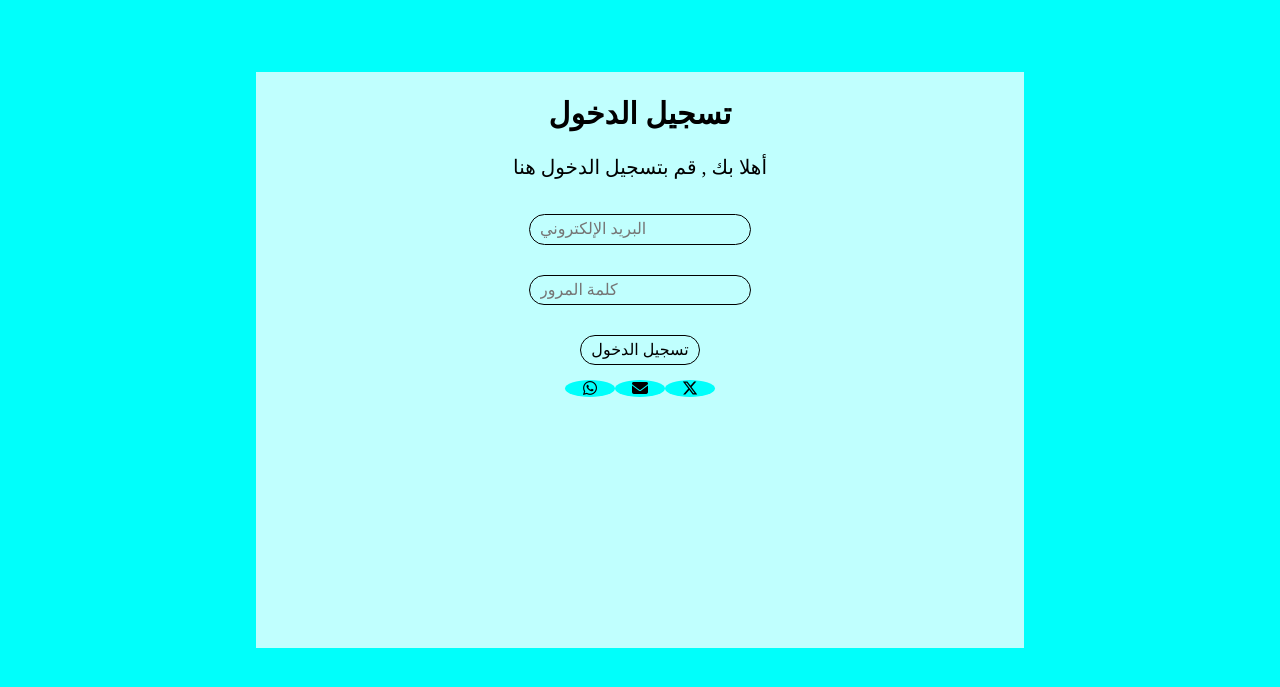
Repository: FaisalFahed/login-page
Page: html/صفحة تسجيل دخول.html
An editor plug-in stored every save of this project. The page is shown before and after the next save, followed by the edit.
The browser window is 1280 px wide. The pictures show the whole page.
Some web fonts or font styles are not loaded; a fallback is used.

Above is the page before, as saved 2025-04-01 08:41:59.

### html/صفحة تسجيل دخول.html
<!DOCTYPE html>
<html lang="en">
<head>
    <meta charset="UTF-8">
    <meta name="viewport" content="width=device-width, initial-scale=1.0">
    <link rel="stylesheet" href="css/normlaize.css">
    <link rel="stylesheet" href="../css/صفحة تسجيل دخول.css">
    <!-- Font Awesome -->
    <link rel="stylesheet" href="../css/all.min.css">
    <!-- Google Fonts -->
    <link rel="preconnect" href="https://fonts.googleapis.com">
    <link rel="preconnect" href="https://fonts.gstatic.com" crossorigin>
    <link href="https://fonts.googleapis.com/css2?family=Markazi+Text:wght@400..700&display=swap" rel="stylesheet">
    <title>Faisal | صفحة تسجيل دخول</title>
</head>
    <body>
        <div class="container">
            <div class="text">
                <h2>تسجيل الدخول</h2>
                <p>أهلا بك , قم بتسجيل الدخول هنا</p>
            </div>
            <div class="log-in">
                <input type="email" placeholder="البريد الإلكتروني">
                <input type="password" placeholder="كلمة المرور">
                <input type="submit" value="تسجيل الدخول">
            </div>
            <div class="icons">
                <ul>
                    <li><a href="#"><i class="fa-brands fa-whatsapp"></i></a></li>
                    <li><a href="#"><i class="fa-solid fa-envelope"></i></a></li>
                    <li><a href="#"><i class="fa-brands fa-x-twitter"></i></a></li>
                </ul>
            </div>
        </div>
    </body>
</html>

### css/normlaize.css
/*! normalize.css v8.0.1 | MIT License | github.com/necolas/normalize.css */

/* Document
   ========================================================================== */

/**
 * 1. Correct the line height in all browsers.
 * 2. Prevent adjustments of font size after orientation changes in iOS.
 */

 html {
  line-height: 1.15; /* 1 */
  -webkit-text-size-adjust: 100%; /* 2 */
}

/* Sections
   ========================================================================== */

/**
 * Remove the margin in all browsers.
 */

body {
  margin: 0;
}

/**
 * Render the `main` element consistently in IE.
 */

main {
  display: block;
}

/**
 * Correct the font size and margin on `h1` elements within `section` and
 * `article` contexts in Chrome, Firefox, and Safari.
 */

h1 {
  font-size: 2em;
  margin: 0.67em 0;
}

/* Grouping content
   ========================================================================== */

/**
 * 1. Add the correct box sizing in Firefox.
 * 2. Show the overflow in Edge and IE.
 */

hr {
  box-sizing: content-box; /* 1 */
  height: 0; /* 1 */
  overflow: visible; /* 2 */
}

/**
 * 1. Correct the inheritance and scaling of font size in all browsers.
 * 2. Correct the odd `em` font sizing in all browsers.
 */

pre {
  font-family: monospace, monospace; /* 1 */
  font-size: 1em; /* 2 */
}

/* Text-level semantics
   ========================================================================== */

/**
 * Remove the gray background on active links in IE 10.
 */

a {
  background-color: transparent;
}

/**
 * 1. Remove the bottom border in Chrome 57-
 * 2. Add the correct text decoration in Chrome, Edge, IE, Opera, and Safari.
 */

abbr[title] {
  border-bottom: none; /* 1 */
  text-decoration: underline; /* 2 */
  text-decoration: underline dotted; /* 2 */
}

/**
 * Add the correct font weight in Chrome, Edge, and Safari.
 */

b,
strong {
  font-weight: bolder;
}

/**
 * 1. Correct the inheritance and scaling of font size in all browsers.
 * 2. Correct the odd `em` font sizing in all browsers.
 */

code,
kbd,
samp {
  font-family: monospace, monospace; /* 1 */
  font-size: 1em; /* 2 */
}

/**
 * Add the correct font size in all browsers.
 */

small {
  font-size: 80%;
}

/**
 * Prevent `sub` and `sup` elements from affecting the line height in
 * all browsers.
 */

sub,
sup {
  font-size: 75%;
  line-height: 0;
  position: relative;
  vertical-align: baseline;
}

sub {
  bottom: -0.25em;
}

sup {
  top: -0.5em;
}

/* Embedded content
   ========================================================================== */

/**
 * Remove the border on images inside links in IE 10.
 */

img {
  border-style: none;
}

/* Forms
   ========================================================================== */

/**
 * 1. Change the font styles in all browsers.
 * 2. Remove the margin in Firefox and Safari.
 */

button,
input,
optgroup,
select,
textarea {
  font-family: inherit; /* 1 */
  font-size: 100%; /* 1 */
  line-height: 1.15; /* 1 */
  margin: 0; /* 2 */
}

/**
 * Show the overflow in IE.
 * 1. Show the overflow in Edge.
 */

button,
input { /* 1 */
  overflow: visible;
}

/**
 * Remove the inheritance of text transform in Edge, Firefox, and IE.
 * 1. Remove the inheritance of text transform in Firefox.
 */

button,
select { /* 1 */
  text-transform: none;
}

/**
 * Correct the inability to style clickable types in iOS and Safari.
 */

button,
[type="button"],
[type="reset"],
[type="submit"] {
  -webkit-appearance: button;
}

/**
 * Remove the inner border and padding in Firefox.
 */

button::-moz-focus-inner,
[type="button"]::-moz-focus-inner,
[type="reset"]::-moz-focus-inner,
[type="submit"]::-moz-focus-inner {
  border-style: none;
  padding: 0;
}

/**
 * Restore the focus styles unset by the previous rule.
 */

button:-moz-focusring,
[type="button"]:-moz-focusring,
[type="reset"]:-moz-focusring,
[type="submit"]:-moz-focusring {
  outline: 1px dotted ButtonText;
}

/**
 * Correct the padding in Firefox.
 */

fieldset {
  padding: 0.35em 0.75em 0.625em;
}

/**
 * 1. Correct the text wrapping in Edge and IE.
 * 2. Correct the color inheritance from `fieldset` elements in IE.
 * 3. Remove the padding so developers are not caught out when they zero out
 *    `fieldset` elements in all browsers.
 */

legend {
  box-sizing: border-box; /* 1 */
  color: inherit; /* 2 */
  display: table; /* 1 */
  max-width: 100%; /* 1 */
  padding: 0; /* 3 */
  white-space: normal; /* 1 */
}

/**
 * Add the correct vertical alignment in Chrome, Firefox, and Opera.
 */

progress {
  vertical-align: baseline;
}

/**
 * Remove the default vertical scrollbar in IE 10+.
 */

textarea {
  overflow: auto;
}

/**
 * 1. Add the correct box sizing in IE 10.
 * 2. Remove the padding in IE 10.
 */

[type="checkbox"],
[type="radio"] {
  box-sizing: border-box; /* 1 */
  padding: 0; /* 2 */
}

/**
 * Correct the cursor style of increment and decrement buttons in Chrome.
 */

[type="number"]::-webkit-inner-spin-button,
[type="number"]::-webkit-outer-spin-button {
  height: auto;
}

/**
 * 1. Correct the odd appearance in Chrome and Safari.
 * 2. Correct the outline style in Safari.
 */

[type="search"] {
  -webkit-appearance: textfield; /* 1 */
  outline-offset: -2px; /* 2 */
}

/**
 * Remove the inner padding in Chrome and Safari on macOS.
 */

[type="search"]::-webkit-search-decoration {
  -webkit-appearance: none;
}

/**
 * 1. Correct the inability to style clickable types in iOS and Safari.
 * 2. Change font properties to `inherit` in Safari.
 */

::-webkit-file-upload-button {
  -webkit-appearance: button; /* 1 */
  font: inherit; /* 2 */
}

/* Interactive
   ========================================================================== */

/*
 * Add the correct display in Edge, IE 10+, and Firefox.
 */

details {
  display: block;
}

/*
 * Add the correct display in all browsers.
 */

summary {
  display: list-item;
}

/* Misc
   ========================================================================== */

/**
 * Add the correct display in IE 10+.
 */

template {
  display: none;
}

/**
 * Add the correct display in IE 10.
 */

[hidden] {
  display: none;
}

### css/صفحة تسجيل دخول.css
*{
    box-sizing: border-box;
}

:root{
    --main-color: #ff1f1fd6;
    --main-color-alt: #1787E0;
    --main-transition-duration: 0.3s;
    --main-padding-top: 100px;
    --main-padding-bottom: 100px;
    --section-background: #ECECEC;
}

html{
    scroll-behavior: smooth;
}

body{
    font-family: "Markazi Text", serif;
    background-color: #00fffb;
    display: flex;
    width: 100vw;
    height: 100vh;
    justify-content: center;
    align-items: center;
}

a{
    text-decoration: none;
}

ul{
    list-style: none;
    padding: 0;
    margin: 0;
}

.container{
    padding-left: 15px;
    padding-right: 15px;
    margin-left: auto;
    margin-right: auto;
    background-color: rgba(255, 255, 255, 0.753);
    height: 80vh;
    width: 60vw;
    text-align: center;
}

.text{
    font-size: 20px;
}
.log-in{
    display: flex;
    flex-direction: column;
    align-items: center;
    justify-content: center;
}
.log-in input{
    border: none;
    outline: none;
    padding: 5px 10px;
    margin: 15px 0;
    background-color: transparent;
    border: 1px solid black;
    border-radius: 16px;
    position: relative;
}

.icons ul{
    display: flex;
    align-items: center;
    justify-content: center;
}
.icons ul li a{
    color: black;
    background-color: rgb(0, 255, 251);
    border-radius: 50%;
}
.icons ul li a i{
    width: 50px;
    height: 50px;
}
/* @media (min-width:768px){
    .container{
        width: 750px;
    }
}

@media (min-width:992px){
    .container{
        width: 970px;
    }
}

@media (min-width:1200px){
    .container{
        width: 1170px;
    }
} */

Loaded but not shown: css/all.min.css (library)

After the next save:
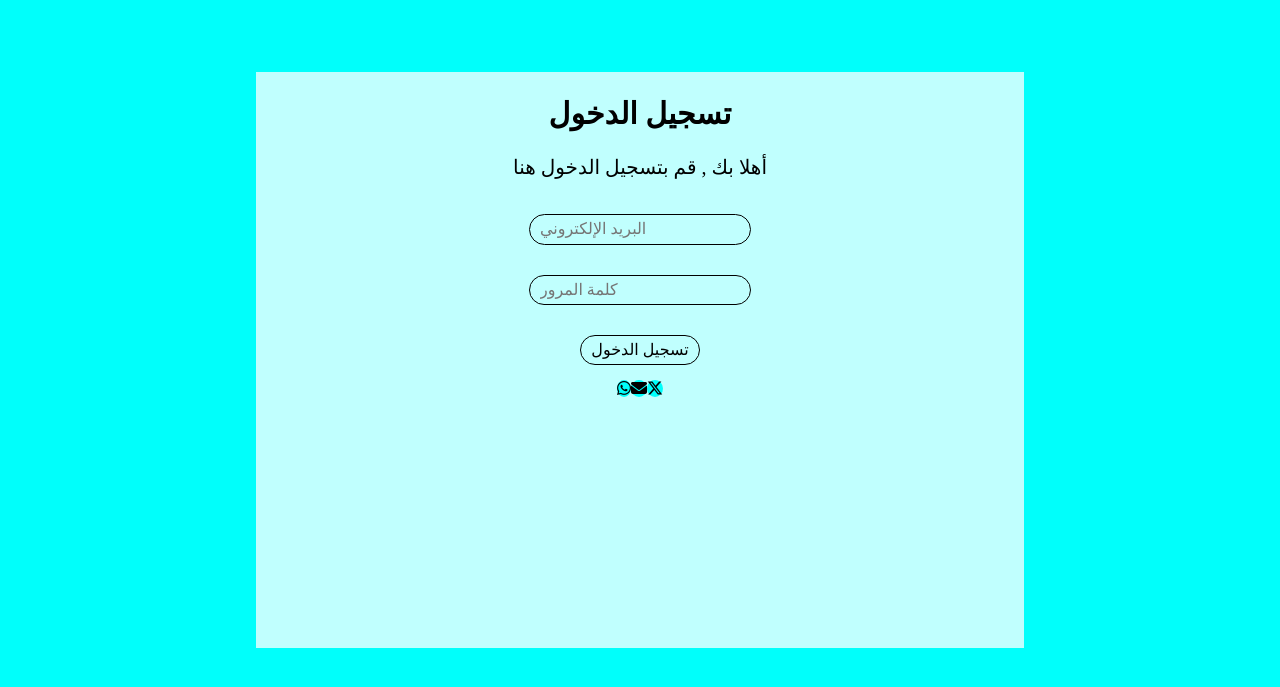
Saved 6 s later.
--- a/css/صفحة تسجيل دخول.css
+++ b/css/صفحة تسجيل دخول.css
@@ -75,10 +75,10 @@
     color: black;
     background-color: rgb(0, 255, 251);
     border-radius: 50%;
+    width: 50px;
+    height: 50px;
 }
 .icons ul li a i{
-    width: 50px;
-    height: 50px;
 }
 /* @media (min-width:768px){
     .container{

After the save that followed:
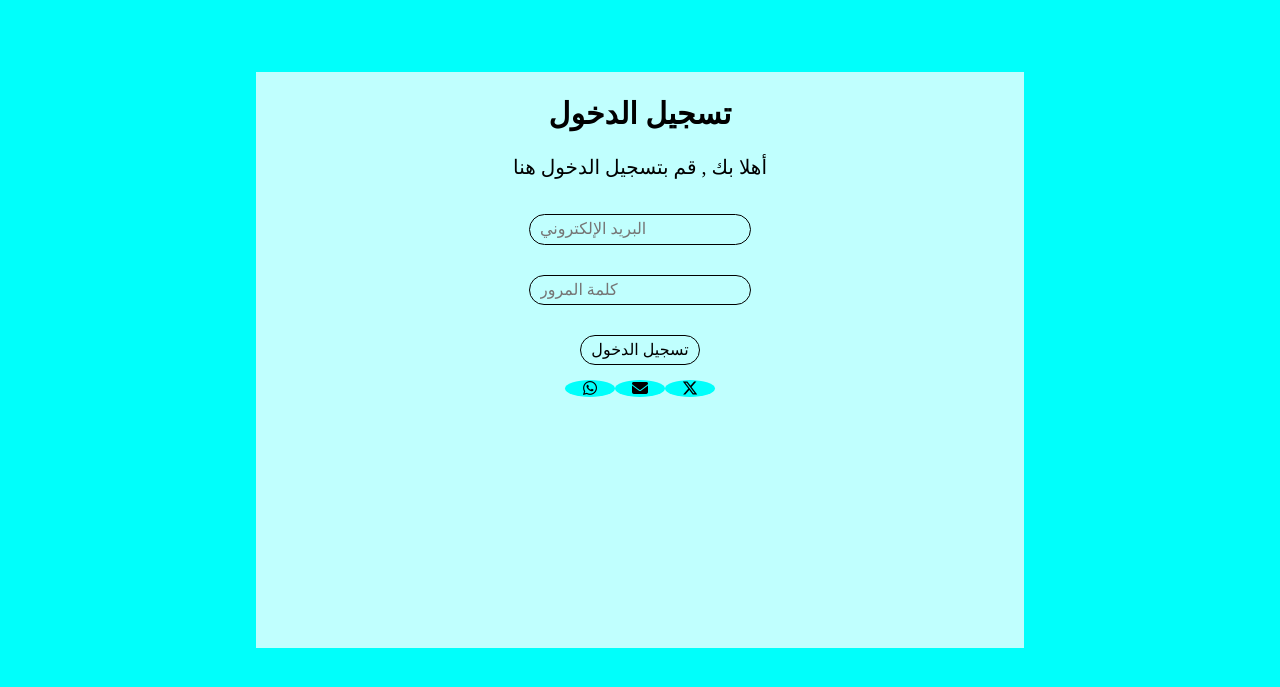
Saved 4 s later.
--- a/css/صفحة تسجيل دخول.css
+++ b/css/صفحة تسجيل دخول.css
@@ -75,10 +75,10 @@
     color: black;
     background-color: rgb(0, 255, 251);
     border-radius: 50%;
+}
+.icons ul li a i{
     width: 50px;
     height: 50px;
-}
-.icons ul li a i{
 }
 /* @media (min-width:768px){
     .container{
